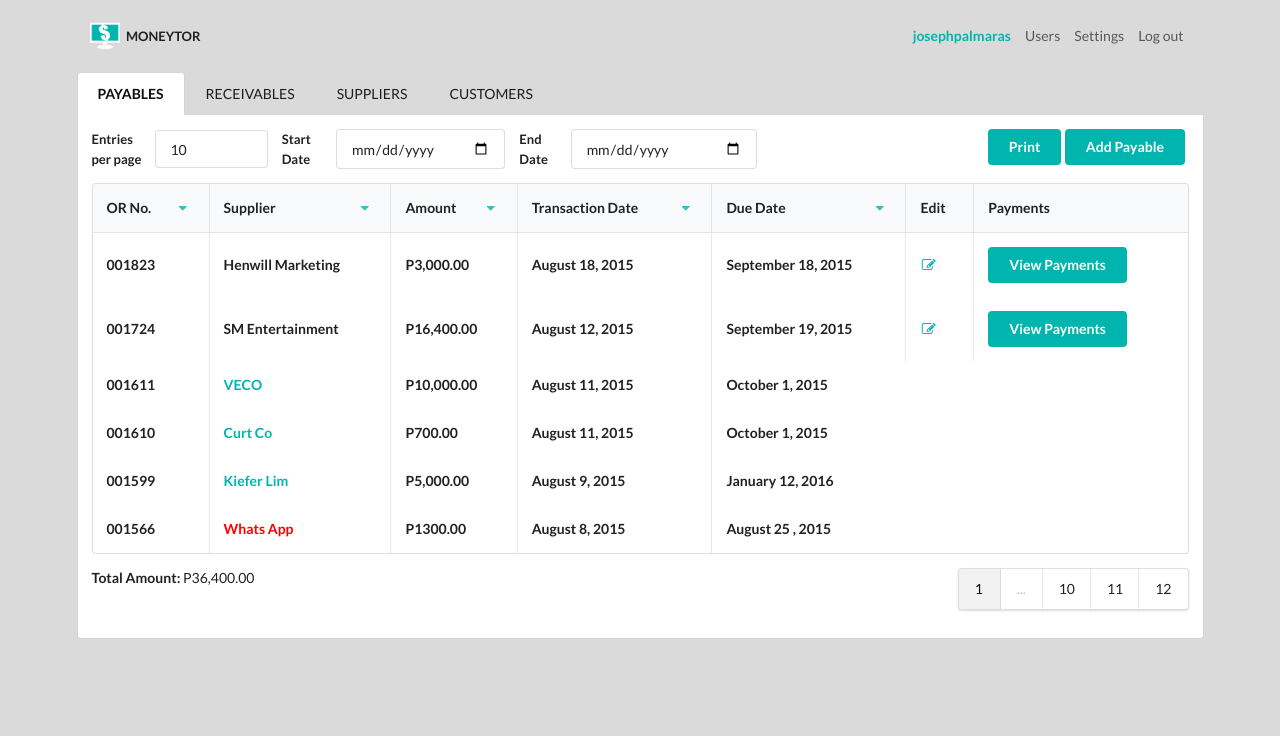
Repository: TV5/MoneyTor
Page: Workspace/MoneyTor/war/main.html
These files come from the project's save history. The page is drawn as it stood at one moment and after the next save; the edit follows.
The browser window is 1280 px wide. The pictures show the whole page.

Above is the page before, as saved 2015-10-01 11:09:13.

After the next save:
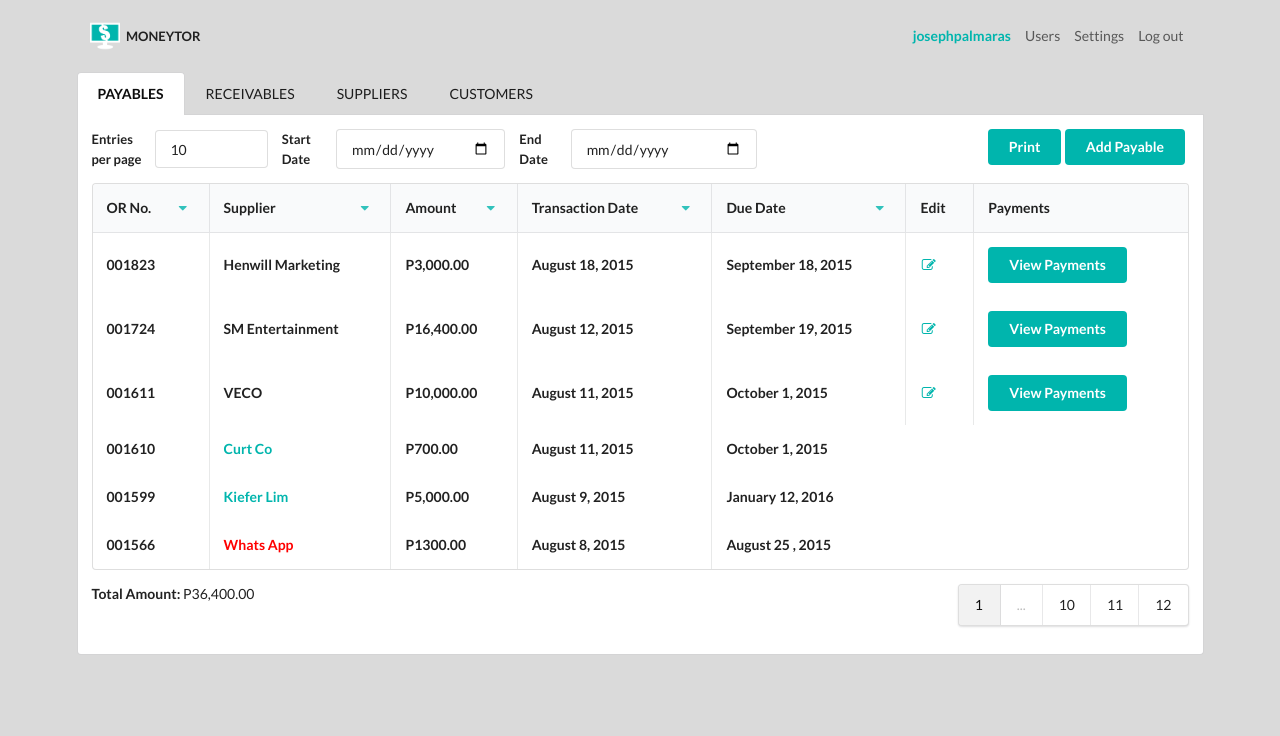
Saved 29 s later.
--- a/Workspace/MoneyTor/war/main.html
+++ b/Workspace/MoneyTor/war/main.html
@@ -161,14 +161,16 @@
 	    <th>August 12, 2015</th>
 	    <th>September 19, 2015</th>
 	    <th> <a href="#" onClick="editData()"><i class="edit icon"></i></a></th>
-	     <th> <button class="ui button teal">View Payments</button></th>
+	    <th> <button class="ui button teal">View Payments</button></th>
 	  	</tr>
 	  	<tr>
 	    <th>001611</th>
-	    <th><a href="#">VECO</a>   <a href="#" id="eicon" onClick="editData()"><i class="edit icon"></i></a></th>
+	    <th>VECO</th>
 	    <th>P10,000.00</th>
 	    <th>August 11, 2015</th>
 	    <th>October 1, 2015</th>
+	    <th> <a href="#" onClick="editData()"><i class="edit icon"></i></a></th>
+	    <th> <button class="ui button teal">View Payments</button></th>
 	  	</tr>
 	  	<tr>
 	    <th>001610</th>
